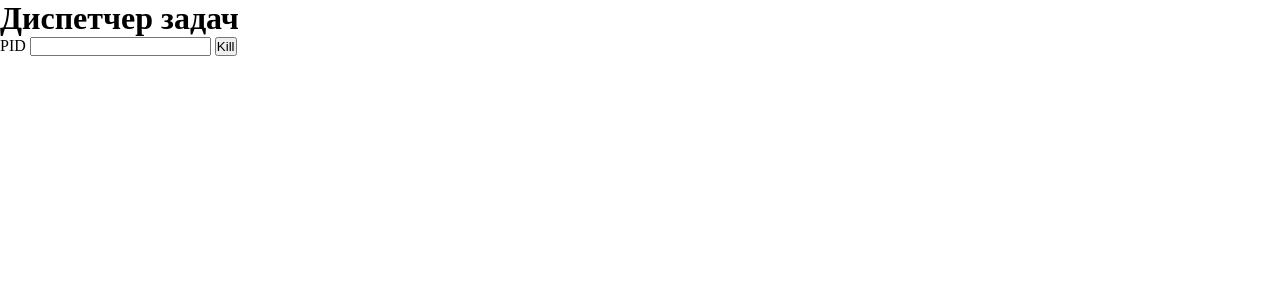
Repository: Predkor/OC
Page: index.html
These files come from the project's save history. The page is drawn as it stood at one moment and after the next save; the edit follows.
The browser window is 1280 px wide. The pictures show the whole page.
The page's requests for data from a server got no answer.

Above is the page before, as saved 2024-09-25 16:08:24.

### index.html
<!DOCTYPE html>
<html lang="en">
<head>
    <meta charset="UTF-8">
    <meta name="viewport" content="width=device-width, initial-scale=1.0">
    <title>Document</title>
</head>
<body>
    <h1>Диспетчер задач</h1>
    <div class="process">
        <div class="process-control">
            <form action="/killproc">
                <label>
                    PID <input type="text">
                </label>

                <input type="submit" value="Kill">
            </form>
        </div>

        <div class="process-table">
            <table id="table-all-processes"></table>
        </div>
    </div>

    <style>
        *{
            margin: 0;
            padding: 0;
            box-sizing: border-box;
        }
    </style>

    <script>
        async function getProcessesList() {
            const url = "http://localhost:8080/processes";

            try{
                const response = await fetch(url);

                if (!response.ok) {
                    throw new Error(`Response status: ${response.status}`);
                }

                const json = await response.json();
                viewProcessList(json);
            } catch (e) {
                console.log(`Error: ${e}`);
            }
        }

        getProcessesList();
        setInterval(getProcessesList, 50000);

        function viewProcessList(data) {
            let table = document.querySelector('#table-all-processes');

            table.innerHTML = `
            <tr>
                <th>PID</th>
                <th>USER</th>
                <th>PR</th>
                <th>NI</th>
                <th>MEM</th>
                <th>COMMAND</th>
            </tr>`;

            let arrayCategory = ["pid", "user", "pr", "ni", "s", "VmSize", "command"];

            data.forEach(item => {
                if (item.command !== '') {
                    let row = table.insertRow();
                    for (let i = 0; i < arrayCategory.length; i++) {
                        row.insertCell(i).textContent = item[arrayCategory[i]];
                    }
                }
            });
        }

    </script>
</body>
</html>

After the next save:
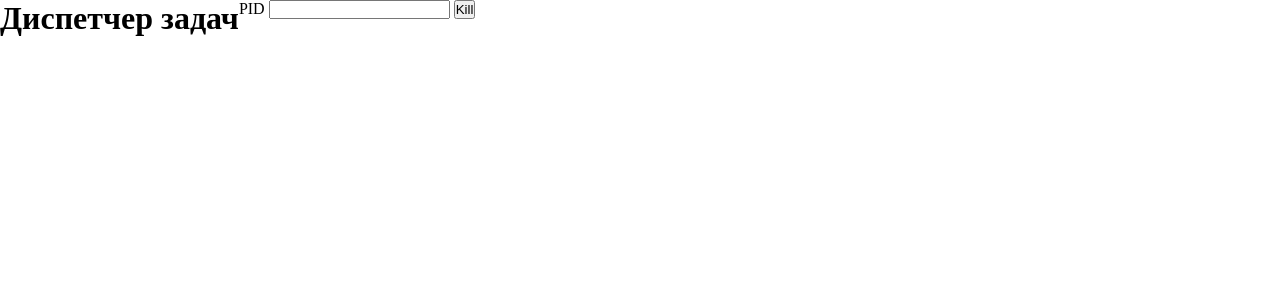
Saved 10 s later.
--- a/index.html
+++ b/index.html
@@ -29,6 +29,11 @@
             padding: 0;
             box-sizing: border-box;
         }
+
+        body {
+            display: flex;
+        }
+
     </style>
 
     <script>

After the save that followed:
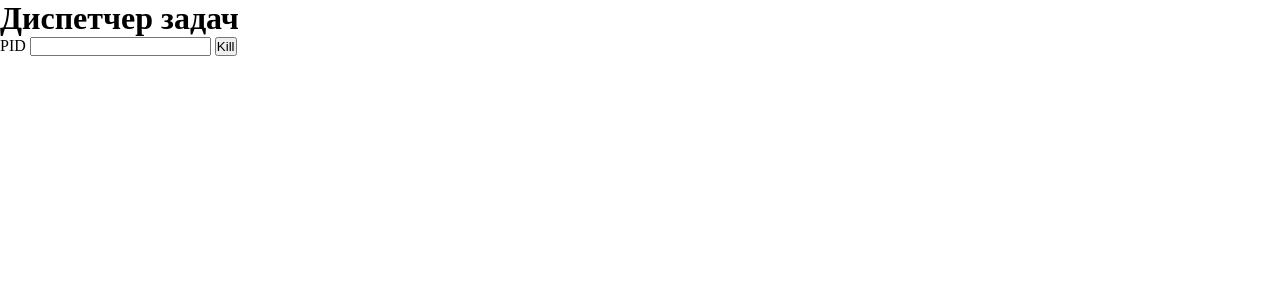
Saved 5 s later.
--- a/index.html
+++ b/index.html
@@ -32,6 +32,7 @@
 
         body {
             display: flex;
+            flex-direction: column;
         }
 
     </style>
